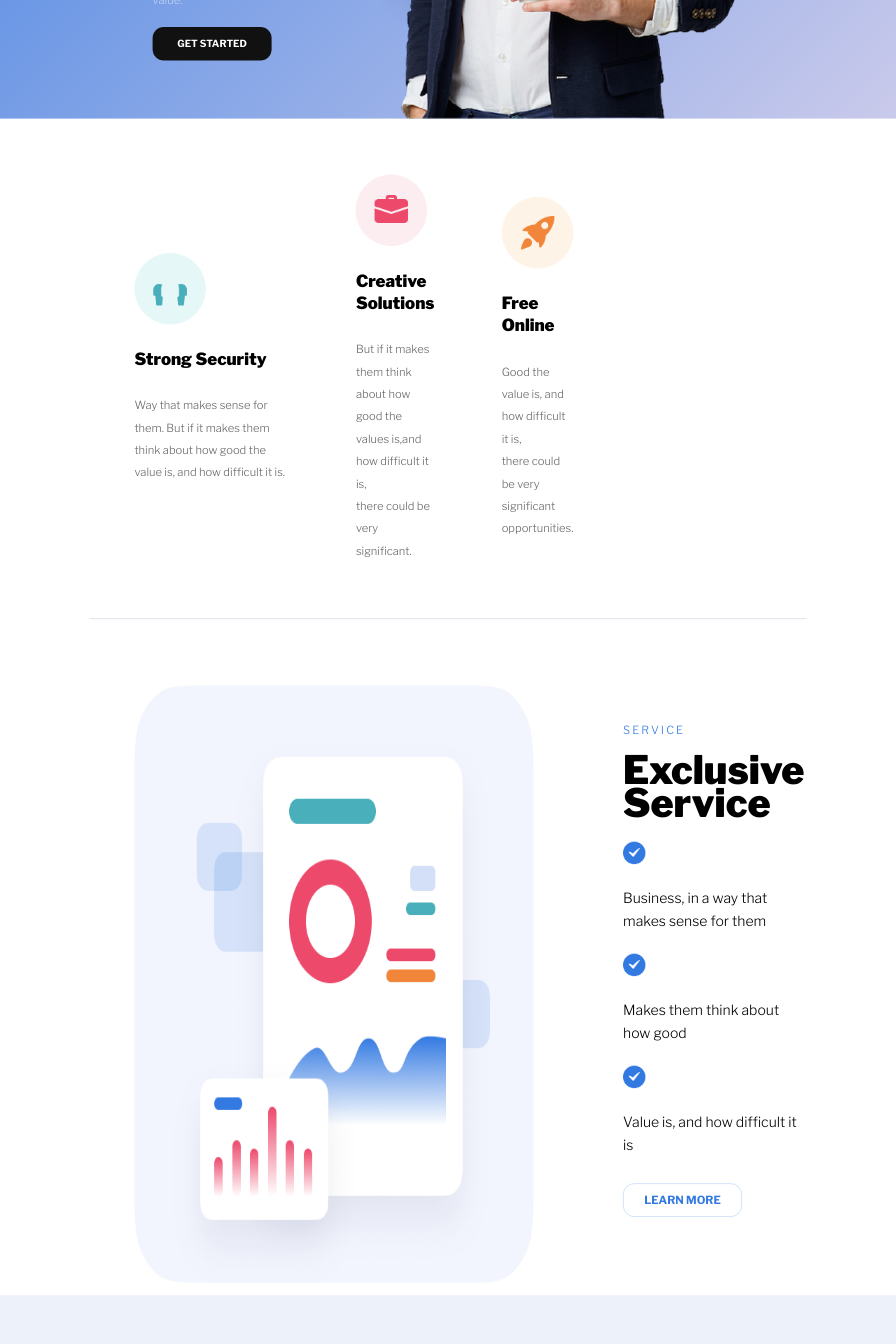
Repository: juniorAntunes910/Make-Money-Design-Avaliacao
Page: index.html
An editor plug-in stored every save of this project. The page is shown before and after a run of saves, followed by the edit.
The browser window is 1280 px wide. The pictures show the part of the page from y = 858 to 2778 px (the page is 8392 px tall before and 8360 px after), at 70% of full size.

Above is the page before, as saved 2026-03-13 12:30:50.

After the next 2 saves:
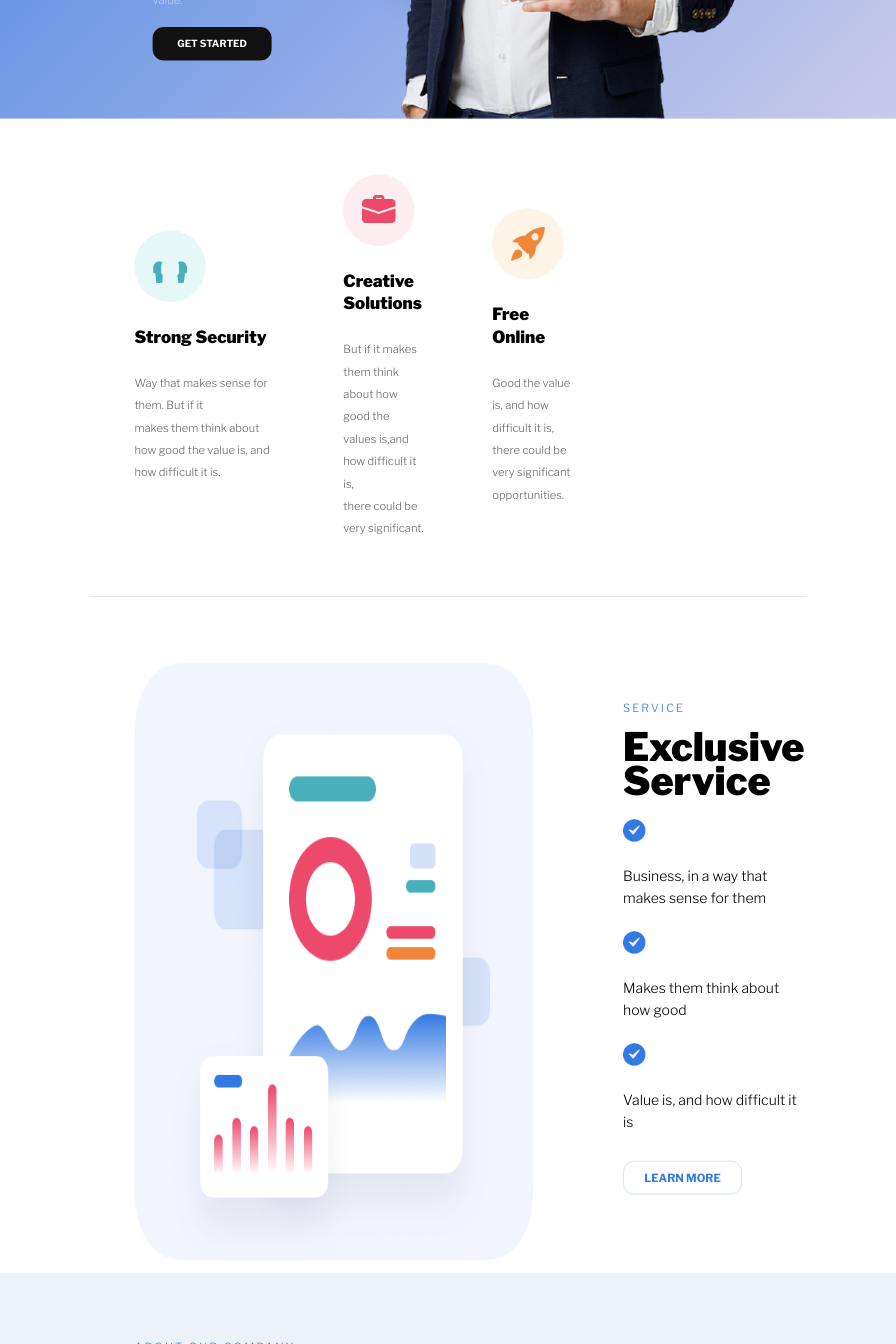
The 2 saves are shown as one change because they came seconds apart.
The last was saved 9 s later.
--- a/index.html
+++ b/index.html
@@ -92,7 +92,7 @@
                 </h3>
 
                 <p class="main-content-card-box-content-description">
-                    Way that makes sense for them. But if it <span class="quebra-mobile"></span>
+                    Way that makes sense for them. But if it <span class="quebra-mobile"></span> <span class="quebra-desktop"></span>
                     makes them think about how good the
                     value is, and how difficult it is.
                 </p>
